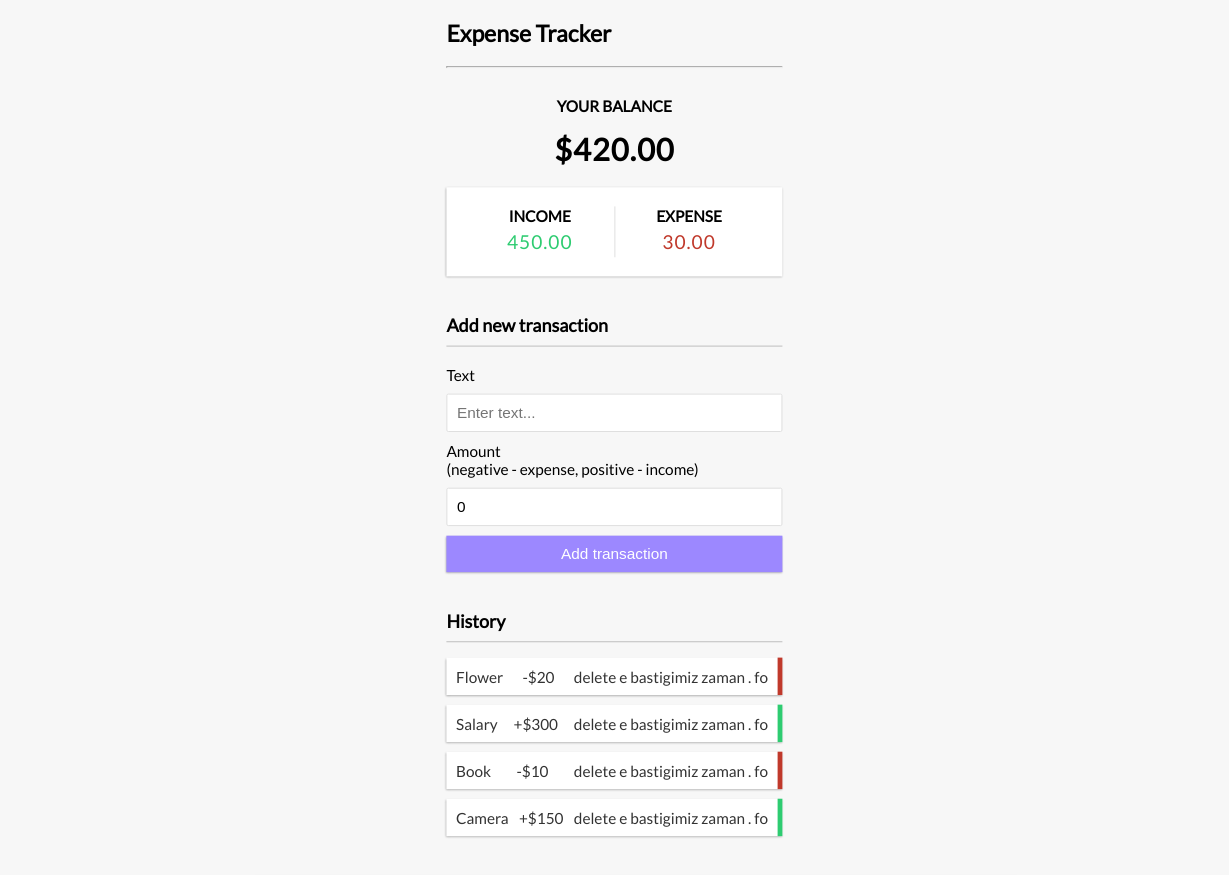
Repository: halilgoksu/js-react-expence-tracker
Page: /
The author's editor kept a copy of each file at every save. The page is drawn from the files as they stood at one save, then again after the next save.
The browser window is 1280 px wide. The pictures show the whole page, at 96% of full size.
The project was rebuilt for these pictures with package versions that can differ from the ones it lists, and the page was loaded fresh each time.

Above is the page before, as saved 2023-01-02 14:09:25.

After the next save:
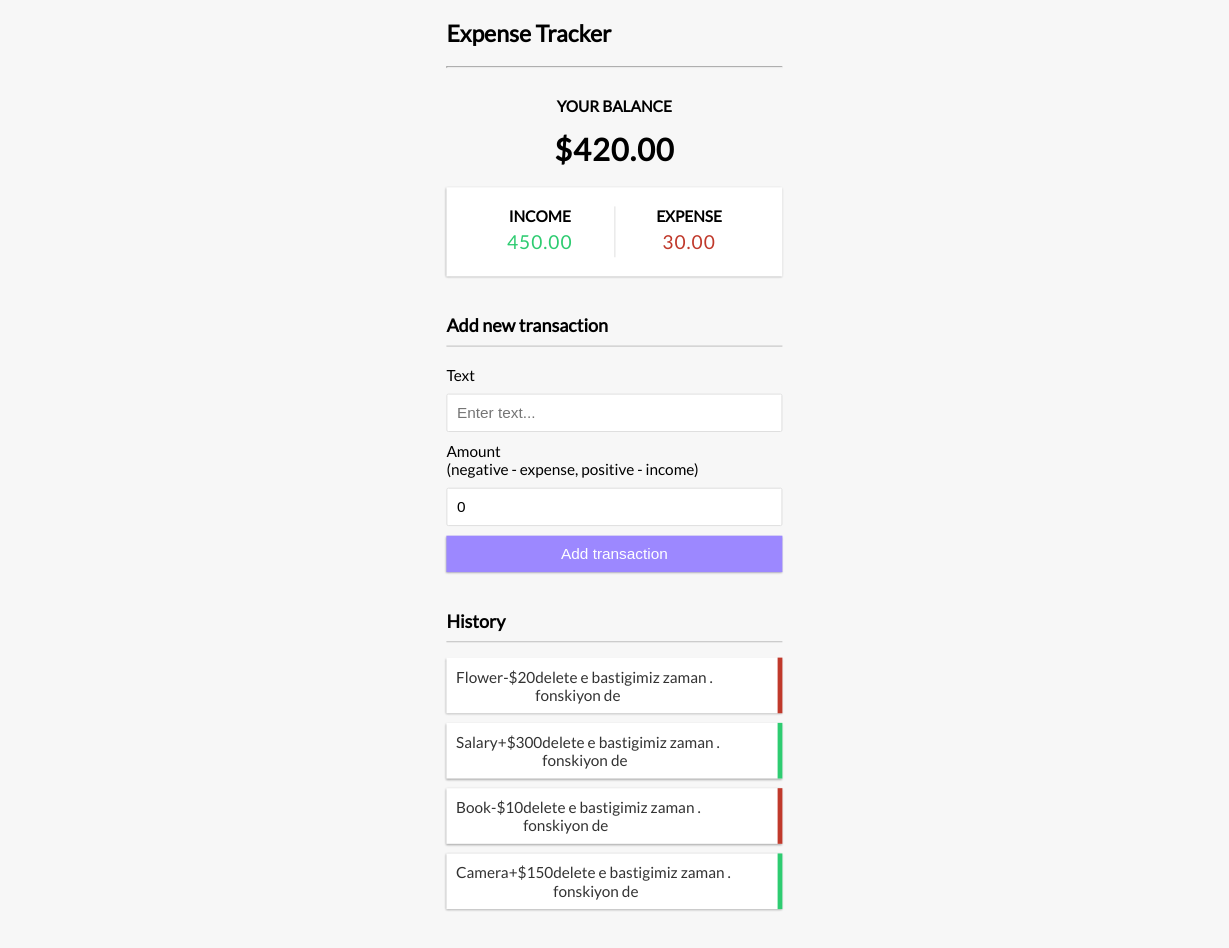
Saved 5 s later.
--- a/src/components/Transaction.js
+++ b/src/components/Transaction.js
@@ -25,7 +25,7 @@ export const  Transaction = ({ transaction }) => {
       >
         x
       </button>
-      delete e bastigimiz zaman . fo
+      delete e bastigimiz zaman . fonskiyon de
     </li>
   );
 };
